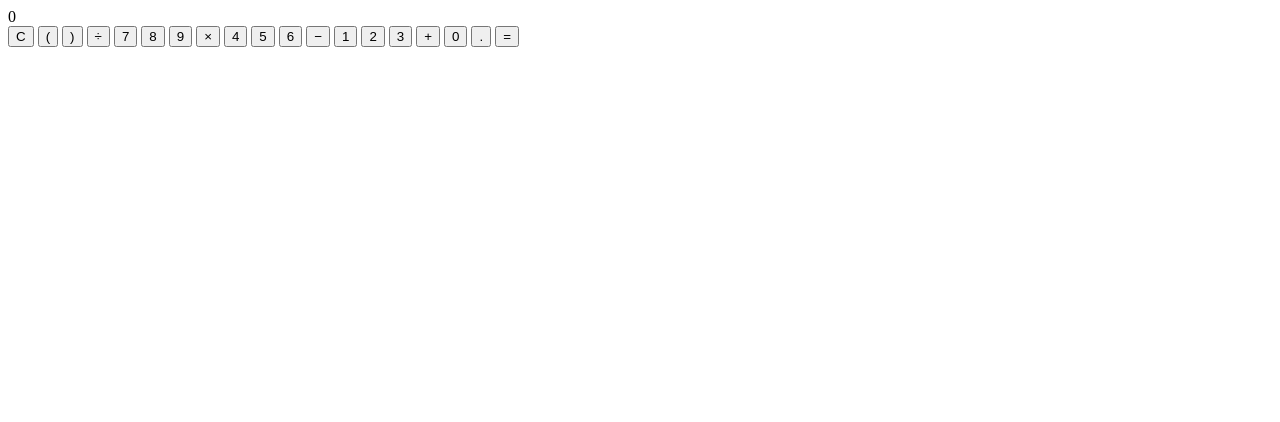
Repository: ShagunTomar2024/Frontend
Page: html/assignments/assignment2/index.html
An editor plug-in stored every save of this project. The page is shown before and after a run of saves, followed by the edit.
The browser window is 1280 px wide. The pictures show the whole page.

Above is the page before, as saved 2025-09-10 11:40:13.

After the next 3 saves:
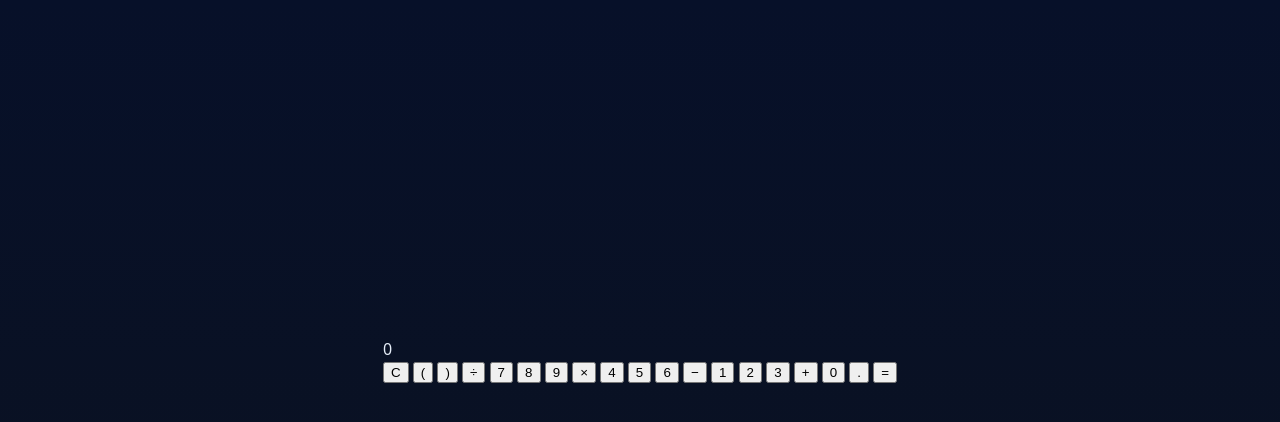
The 3 saves are shown as one change because they came seconds apart.
The last was saved 22 s later.
--- a/html/assignments/assignment2/style.css
+++ b/html/assignments/assignment2/style.css
@@ -2,13 +2,13 @@
     --bg:#0f172a; --panel:#0b1220; --accent:#10b981; --muted:#94a3b8;
     --btn:#1f2937; --btn-op:#ef4444; --gap:10px;
   }
- /*body{
+ body{
     margin:0; min-height:100vh; display:flex; align-items:center; justify-content:center;
     background: linear-gradient(180deg,#071029,#0b1220); font-family:system-ui,Segoe UI,Roboto,"Helvetica Neue",Arial;
     color:#e6eef8;
   }
 
-  .calculator{
+  /*.calculator{
     width: min(480px, 96vw);
     background: linear-gradient(180deg,#07172a,#091827);
     padding:18px;

After the 3 saves that followed:
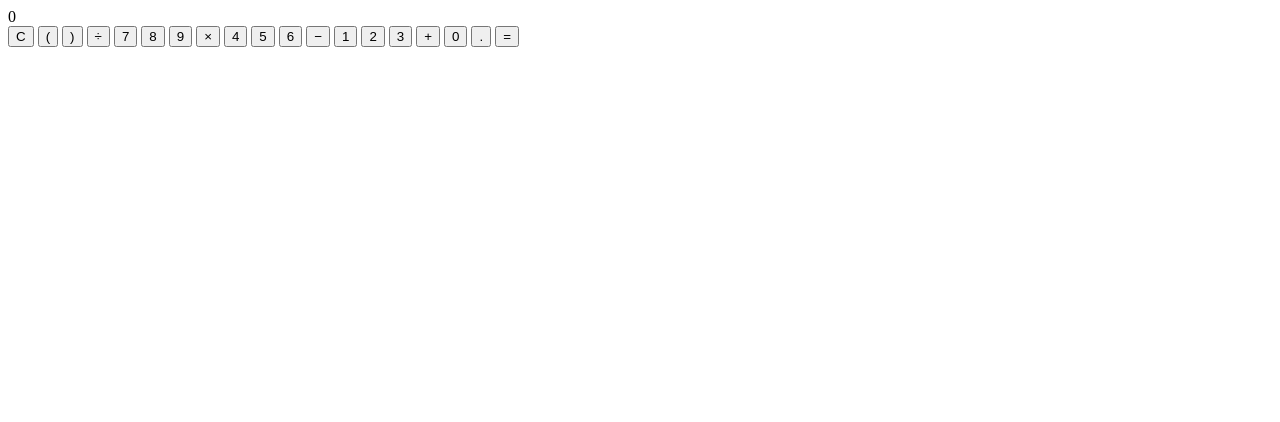
The 3 saves are shown as one change because they came seconds apart.
The last was saved 17 s later.
--- a/html/assignments/assignment2/style.css
+++ b/html/assignments/assignment2/style.css
@@ -2,7 +2,7 @@
     --bg:#0f172a; --panel:#0b1220; --accent:#10b981; --muted:#94a3b8;
     --btn:#1f2937; --btn-op:#ef4444; --gap:10px;
   }
- body{
+ /*body{
     margin:0; min-height:100vh; display:flex; align-items:center; justify-content:center;
     background: linear-gradient(180deg,#071029,#0b1220); font-family:system-ui,Segoe UI,Roboto,"Helvetica Neue",Arial;
     color:#e6eef8;
